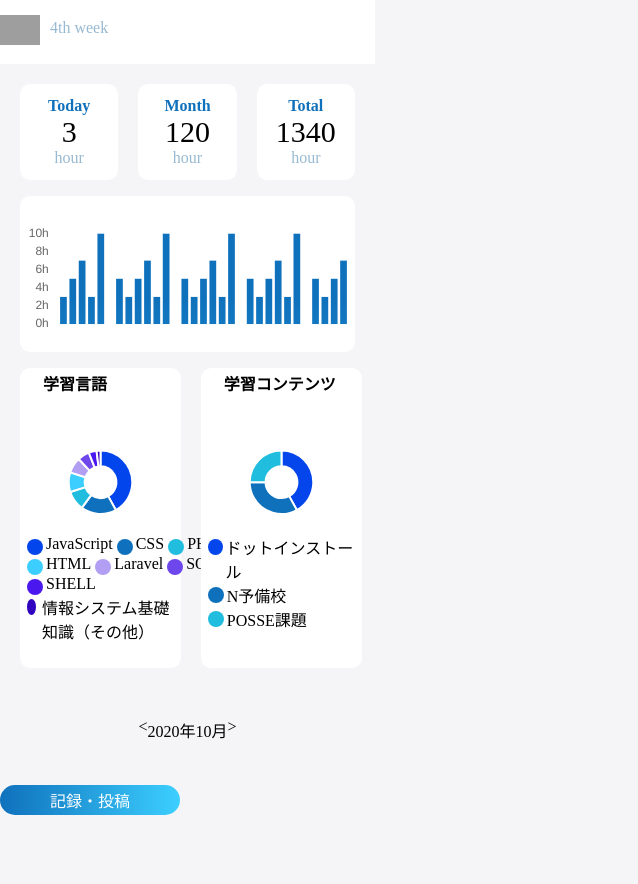
Repository: posse-ap/gen2.0-kamibayasitaito
Page: app/app.html
The author's editor kept a copy of each file at every save. The page is drawn from the files as they stood at one save, then again after a run of saves.
The browser window is 375 px wide. The page is 638 px wide, so the pictures cover 638 px, including what lies to the right of the window. The pictures show the whole page.
Pictures or frames that could not be fetched are drawn as grey boxes. Some web libraries are served in a nearby version.

Above is the page before, as saved 2021-11-26 18:52:24.

After the next 2 saves:
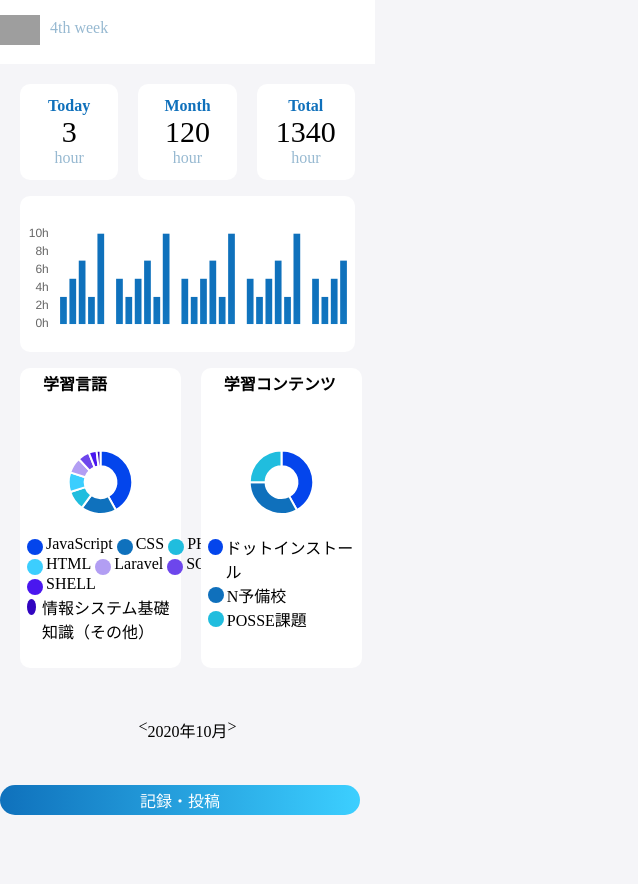
The 2 saves are shown as one change because they came seconds apart.
The last was saved 50 s later.
--- a/app/app_smartphone.css
+++ b/app/app_smartphone.css
@@ -322,7 +322,7 @@
             text-align: center;
             color: white;
               height: 30px;
-              width:180px ;
+              width:360px ;
               transform: translateY(50%);
              border-radius: 30px;
               background: linear-gradient(to right,#0f71bc,#3ccfff);
